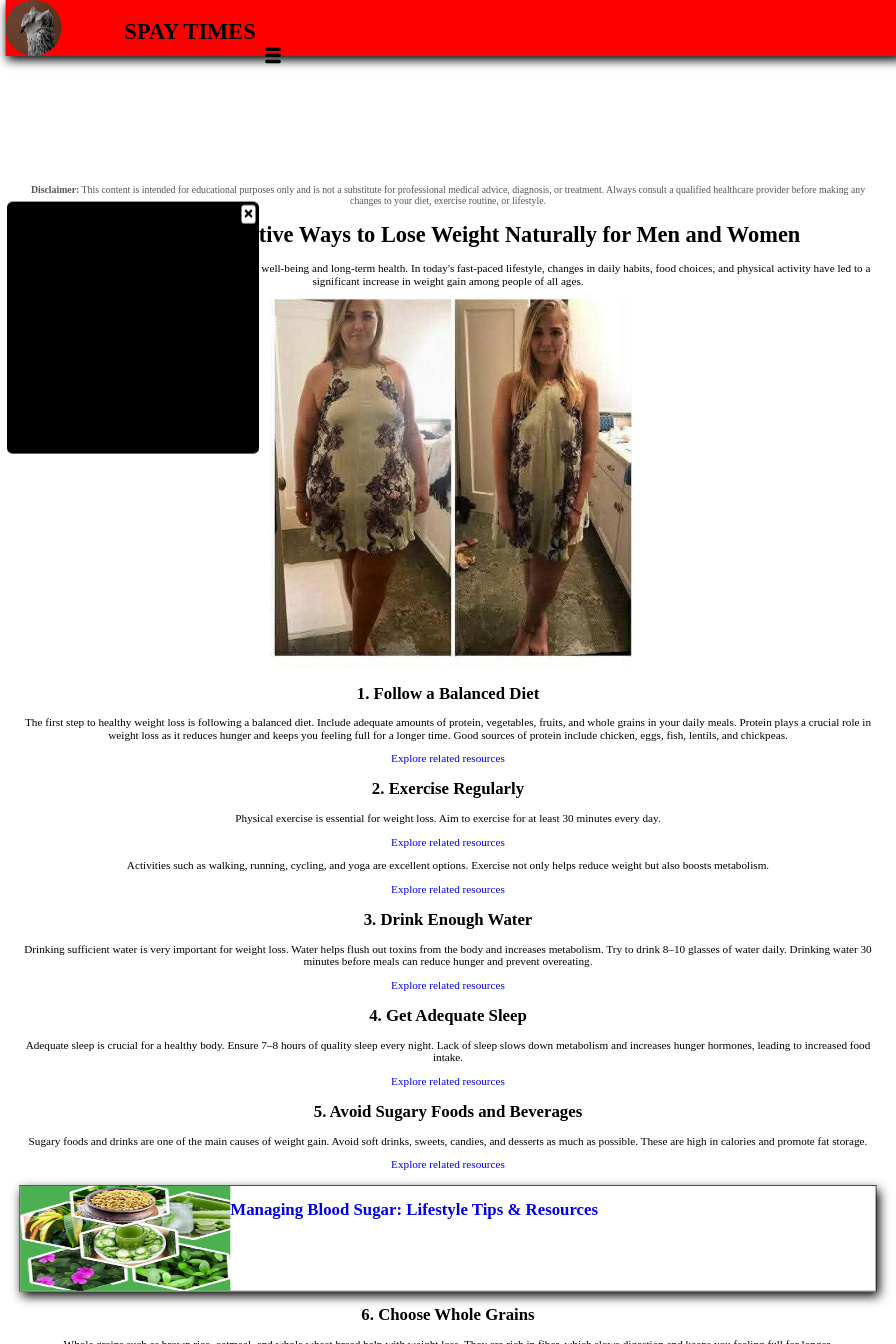
Repository: ridhukhan/spytimes
Page: /weightlose
These files come from the project's save history. The page is drawn as it stood at one moment and after a run of saves; the edit follows.
The browser window is 1280 px wide. The pictures show the part of the page from y = 0 to 1920 px (the page is 3596 px tall), at 70% of full size.
The project was rebuilt for these pictures with package versions that can differ from the ones it lists, and the page was loaded fresh each time. Also part of the build but not shown: vite.config.js, src/components/trending/Trending.jsx, src/pages/home/Home.jsx, src/components/policy/PrivecyPolicy.jsx, src/components/policy/Terms.jsx, src/components/trending/TrendingDetails.jsx, src/pages/heath/Dieabeties.jsx, src/pages/heath/Health.jsx and 1 more.

Above is the page before, as saved 2026-01-14 11:21:43.

### index.html
<!doctype html>
<html lang="en">
  <head>
    <meta charset="UTF-8" />
    <link rel="icon" type="image/svg+xml" href="/vite.svg" />
    <meta name="6a97888e-site-verification" content="945cf2ffcb6885b11db89e632c2e0750">

    <meta name="viewport" content="width=device-width, initial-scale=1.0" />
    <title>spytimes</title>
  </head>
  <body>

    <div id="root"></div>
     <script type="module" src="/src/main.jsx"></script>


  </body>
 </html>

### src/main.jsx
import {BrowserRouter} from "react-router-dom"

import { createRoot } from 'react-dom/client'
import './index.css'
import App from './App.jsx'
import { StrictMode } from "react"
createRoot(document.getElementById('root')).render(

    <BrowserRouter>
    <App />
    </BrowserRouter>

 ,
)

### src/index.css
@media screen and (max-width:414px){
  *{
    width: 100%;
    padding:0;
margin: 0;
  }

  body{
width: 100%;
background-color: white;
color: black;
  }
}

### src/App.jsx
import { Route, Routes } from "react-router-dom"
import Navbar from "./nav/Navbar"
import Home from "./pages/home/Home"
import PrivecyPolicy from "./components/policy/PrivecyPolicy"
import Terms from "./components/policy/Terms"
import TrendingDetails from "./components/trending/TrendingDetails"
import Dieabeties from "./pages/heath/Dieabeties"
import Health from "./pages/heath/Health"
import Allergy from "./pages/heath/Allergy"
import WeightLose from "./pages/heath/WeightLose"
import TopBannerAd from "./components/ads/TopAd"
import {PopUnderAd }from "./components/ads/PopunderAd"


function App() {

  return (
    <div>

   <Navbar/>
    <PopUnderAd/>
   <TopBannerAd/>

   <Routes>
    <Route path="/" element={<Home/>}/>
    <Route  path="/privecypolicy" element={<PrivecyPolicy/>}/>
    <Route  path="/Terms" element={<Terms/>}/>
    <Route  path="/Trendingdetails" element={<TrendingDetails/>}/>
    <Route path="/blood-sugar-natural-tips" element={<Dieabeties/>}/>
<Route path="/health" element={<Health/>}/>
<Route path="/allergy" element={<Allergy/>}/>
<Route path="/weightlose" element={<WeightLose/>}/>


   </Routes>
    </div>
  )
}

export default App

### src/nav/Navbar.jsx
import React from 'react'
import "./Navbar.css"
import { ImCross } from "react-icons/im";
import { TiThMenu } from "react-icons/ti";
import logo from "../assets/download.jpeg"
import { useState } from 'react';
import { Link} from 'react-router-dom';
const Navbar = () => {
    const [openmenu,setOpenmenu]=useState(false)
  return (
    <div style={{position:"fixed",backgroundColor:"red",display:"flex",
    width:"100%", height:"80px", top:"0", zIndex:"1000", boxShadow:"2px 5px 14px black"}}>
<img src={logo} alt="logo" style={{width:"80px", height:"80px", borderRadius:"100%"}}/>
<h1 style={{marginTop:"2%", marginLeft:"7%",}}>SPAY TIMES</h1>
<TiThMenu  onClick={()=>setOpenmenu(!openmenu)}  style={{width:"50px",height:"30px", marginTop:"5%", }}/>

   {openmenu? <div style={{display:"grid",position:"absolute",width:"90%",background:"black", height:"600px", zIndex:"999", marginTop:"10%", borderRadius:"19px", right:"0"}}>
<ImCross onClick={()=>setOpenmenu(null)} style={{ color:"red", left:"0", justifyContent:"flex-start", width:"50px", height:"30px"}}/>

  <ul>


    <Link to={"/"}><li>Home</li></Link>
    <li>USA</li>
    <li>UK</li>
    <li>ASIA</li>
    <Link to={"/health"}><li onClick={()=>setOpenmenu(null)}>Health</li></Link>
   <Link to={"/privecypolicy"}><li style={{color:"blue"}}>Privecy Policy</li></Link>
<Link to={"/Terms"}><li style={{color:"blue"}}>Terms &  condition</li></Link>

  </ul>










   </div>: null}
    </div>
  )
}


export default Navbar

### src/pages/heath/WeightLose.jsx
import React from 'react';
import weightlose from "../../assets/weightlose.jpeg";
import diabetes from "../../assets/diabetes01.png";
import { Link } from 'react-router-dom';
import {FullPageAdBanner} from '../../components/ads/FullPageAdBanner';
import AdBanner from '../../components/ads/AdsBanner';


const WeightLose = () => {
  return (
    <div style={{marginTop:"20%", textAlign:"center", padding: "0 20px"}}>
     <FullPageAdBanner/>
      <p style={{fontSize:"14px",color:"#555"}}>
        <strong>Disclaimer:</strong> This content is intended for educational purposes only and is not a substitute for professional medical advice, diagnosis, or treatment. Always consult a qualified healthcare provider before making any changes to your diet, exercise routine, or lifestyle.
      </p>

      <h1>Simple and Effective Ways to Lose Weight Naturally for Men and Women</h1>


      <p>Maintaining a healthy weight is essential for overall well-being and long-term health. In today's fast-paced lifestyle, changes in daily habits, food choices, and physical activity have led to a significant increase in weight gain among people of all ages.</p>

      <a href="https://www.effectivegatecpm.com/b4s3z1g3h3?key=624d68387e04f583c66e77df9c6d18a7" target='_blank' rel='nofollow'>
        <img src={weightlose} alt="Healthy lifestyle tips for supporting Weight Lose" style={{maxWidth: "100%"}} />
      </a>
      <h2>1. Follow a Balanced Diet</h2>
      <p>The first step to healthy weight loss is following a balanced diet. Include adequate amounts of protein, vegetables, fruits, and whole grains in your daily meals. Protein plays a crucial role in weight loss as it reduces hunger and keeps you feeling full for a longer time. Good sources of protein include chicken, eggs, fish, lentils, and chickpeas.</p>
      <a href="https://www.effectivegatecpm.com/b4s3z1g3h3?key=624d68387e04f583c66e77df9c6d18a7" target="_blank" rel="nofollow">
        Explore related resources
      </a>

      <h2>2. Exercise Regularly</h2>
      <p>Physical exercise is essential for weight loss. Aim to exercise for at least 30 minutes every day.</p>
      <a href="https://www.effectivegatecpm.com/b4s3z1g3h3?key=624d68387e04f583c66e77df9c6d18a7" target="_blank" rel="nofollow">
        Explore related resources
      </a>
      <p>Activities such as walking, running, cycling, and yoga are excellent options. Exercise not only helps reduce weight but also boosts metabolism.</p>
      <a href="https://www.effectivegatecpm.com/b4s3z1g3h3?key=624d68387e04f583c66e77df9c6d18a7" target="_blank" rel="nofollow">
        Explore related resources
      </a>

      <h2>3. Drink Enough Water</h2>
      <p>Drinking sufficient water is very important for weight loss. Water helps flush out toxins from the body and increases metabolism. Try to drink 8–10 glasses of water daily. Drinking water 30 minutes before meals can reduce hunger and prevent overeating.</p>
      <a href="https://www.effectivegatecpm.com/b4s3z1g3h3?key=624d68387e04f583c66e77df9c6d18a7" target="_blank" rel="nofollow">
        Explore related resources
      </a>

      <h2>4. Get Adequate Sleep</h2>
      <p>Adequate sleep is crucial for a healthy body. Ensure 7–8 hours of quality sleep every night. Lack of sleep slows down metabolism and increases hunger hormones, leading to increased food intake.</p>
      <a href="https://www.effectivegatecpm.com/b4s3z1g3h3?key=624d68387e04f583c66e77df9c6d18a7" target="_blank" rel="nofollow">
        Explore related resources
      </a>

      <h2>5. Avoid Sugary Foods and Beverages</h2>
      <p>Sugary foods and drinks are one of the main causes of weight gain. Avoid soft drinks, sweets, candies, and desserts as much as possible. These are high in calories and promote fat storage.</p>
      <a href="https://www.effectivegatecpm.com/b4s3z1g3h3?key=624d68387e04f583c66e77df9c6d18a7" target="_blank" rel="nofollow">
        Explore related resources
      </a>

      <div style={{display:"flex", boxShadow:"4px 7px 15px black", border:"1px solid black", margin: "20px 0"}}>
        <img src={diabetes} alt="Healthy lifestyle tips for supporting blood sugar" style={{width:"300px", height:"150px"}}/>
        <Link to={"/blood-sugar-natural-tips"}><h2>Managing Blood Sugar: Lifestyle Tips & Resources</h2></Link>
      </div>



      <h2>6. Choose Whole Grains</h2>
      <p>Whole grains such as brown rice, oatmeal, and whole wheat bread help with weight loss. They are rich in fiber, which slows digestion and keeps you feeling full for longer.</p>
      <a href="https://www.effectivegatecpm.com/b4s3z1g3h3?key=624d68387e04f583c66e77df9c6d18a7" target="_blank" rel="nofollow">
        Explore related resources
      </a>

      <h2>7. Eat Smaller Meals More Frequently</h2>
      <a href="https://www.effectivegatecpm.com/b4s3z1g3h3?key=624d68387e04f583c66e77df9c6d18a7" target="_blank" rel="nofollow">
        Explore related resources
      </a>
      <p>Eating smaller meals more frequently is more effective than consuming large meals. Aim for 5–6 small meals per day that include protein- and fiber-rich foods. This helps boost metabolism and control hunger.</p>
      <a href="https://www.effectivegatecpm.com/b4s3z1g3h3?key=624d68387e04f583c66e77df9c6d18a7" target="_blank" rel="nofollow">
        Explore related resources
      </a>

      <h2>8. Drink Green Tea</h2>
      <p>Green tea contains antioxidants that help increase metabolism and promote fat burning. Try to drink 2–3 cups of green tea daily.</p>
      <a href="https://www.effectivegatecpm.com/b4s3z1g3h3?key=624d68387e04f583c66e77df9c6d18a7" target="_blank" rel="nofollow">
        Explore related resources
      </a>

      <h2>9. Eat Plenty of Vegetables and Fruits</h2>
      <p>Vegetables and fruits are highly beneficial for weight loss. They are rich in fiber and essential vitamins such as A, C, and K. These foods keep you full and reduce unnecessary calorie intake.</p>

      <h2>10. Manage Stress</h2>
      <p>Stress can contribute to weight gain. To manage stress, practice meditation, yoga, and breathing exercises. These activities help calm the mind and support weight loss.</p>

      <h2>11. Control Portion Sizes</h2>
      <p>Portion control is an important part of weight loss. Use smaller plates to help reduce portion sizes. Eat mindfully so you can enjoy your food and avoid overeating.</p>

      <h2>12. Replace Sugary Drinks with Natural Beverages</h2>
      <p>Avoid sugary drinks and opt for natural beverages such as lemon water, coconut water, and fresh fruit juices. These are lower in calories and help keep the body hydrated.</p>

      <h2>13. Stay Active Throughout the Day</h2>
      <p>Try to stay active in your daily routine. Use stairs instead of elevators, walk short distances, and take breaks from sitting. Staying active boosts metabolism and supports weight loss.</p>

      <h2>14. Consume Adequate Protein</h2>
      <p>Protein-rich foods help with weight loss by reducing hunger and keeping you full longer. Eggs, chicken, fish, and lentils are excellent protein sources.</p>

      <h2>15. Choose Healthy Snacks</h2>
      <p>When snacking, choose healthy options such as nuts, fruits, and yogurt. These are nutrient-rich and relatively low in calories.</p>

      <h2 style={{marginTop: "40px"}}>Benefits of Weight Loss</h2>

      <h3>1. Reduced Risk of Heart Disease</h3>
      <p>Weight loss significantly reduces the risk of heart disease. Excess weight contributes to high blood pressure, high cholesterol, and type 2 diabetes, all of which increase heart disease risk.</p>

      <h3>2. Better Diabetes Control</h3>
      <p>Weight loss helps control type 2 diabetes by improving insulin sensitivity and regulating blood sugar levels.</p>

      <h3>3. Improved Blood Pressure</h3>
      <p>Losing weight reduces pressure on blood vessels, improving blood circulation and helping control high blood pressure.</p>

      <h3>4. Protection of Bones and Joints</h3>
      <p>Excess weight puts additional stress on bones and joints, increasing the risk of arthritis. Weight loss reduces this strain and supports joint health.</p>

      <h3>5. Improved Breathing and Sleep Quality</h3>
      <p>Weight loss helps reduce breathing difficulties and improves sleep quality, especially in people affected by sleep-related breathing problems.</p>

      <h3>6. Better Mental Health</h3>
      <p>Losing weight improves mental well-being by boosting confidence and reducing stress. It helps individuals feel better both physically and emotionally.</p>

      <h3>7. Increased Energy and Activity</h3>
      <p>Weight loss increases energy levels and physical activity. A lighter body makes daily tasks easier and improves overall performance.</p>

      <h2 style={{marginTop: "40px"}}>Conclusion</h2>
      <p>Weight loss is a gradual process that requires time, patience, and consistency. By following a balanced diet, exercising regularly, and maintaining a healthy lifestyle, successful weight loss is achievable. Give yourself time, set realistic goals, and be kind to yourself as you work toward better health.</p>
<AdBanner/>

    </div>
  );
};

export default WeightLose;

### src/components/ads/TopAd.jsx
import { useEffect } from "react";

const TopBannerAd = () => {
  useEffect(() => {
    // Prevent duplicate script load
    if (!document.querySelector('script[src="https://a.magsrv.com/ad-provider.js"]')) {
      const script = document.createElement("script");
      script.src = "https://a.magsrv.com/ad-provider.js";
      script.async = true;
      script.type = "application/javascript";
      document.body.appendChild(script);
    }

    // Push ad after script load
    window.AdProvider = window.AdProvider || [];
    window.AdProvider.push({ serve: {} });
  }, []);

  return (
    <div
      style={{
        width: "100%",
        display: "flex",
        justifyContent: "center",
        margin: "10px 0",
      }}
    >
      <ins
        className="eas6a97888e10"
        data-zoneid="5827828"
        style={{ display: "block" }}
      ></ins>
    </div>
  );
};

export default TopBannerAd;

### src/components/ads/PopunderAd.jsx
import { useEffect } from "react";

export const PopUnderAd = () => {
  useEffect(() => {
    // prevent duplicate popunder load
    if (window.__exoPopLoaded) return;
    window.__exoPopLoaded = true;

    const script = document.createElement("script");
    script.type = "application/javascript";

    script.innerHTML = `
      (function() {
        var adConfig = {
          ads_host: "a.pemsrv.com",
          syndication_host: "s.pemsrv.com",
          idzone: 5827850,
          popup_fallback: false,
          popup_force: false,
          chrome_enabled: true,
          new_tab: false,
          frequency_period: 30,
          frequency_count: 1,
          trigger_method: 3,
          trigger_class: "",
          trigger_delay: 0,
          capping_enabled: true,
          tcf_enabled: true,
          only_inline: false
        };

        if (typeof popMagic !== "undefined") {
          popMagic.init(adConfig);
        } else {
          var s = document.createElement("script");
          s.src = "//a.pemsrv.com/popunder1000.js";
          s.async = true;
          document.body.appendChild(s);

          s.onload = function () {
            if (typeof popMagic !== "undefined") {
              popMagic.init(adConfig);
            }
          };
        }
      })();
    `;

    document.body.appendChild(script);
  }, []);

  return null; // popunder has no UI
};

### src/nav/Navbar.css
ul li{
text-align: center;
    color: aliceblue;
    border-bottom: 2px solid white;
    font-size: 40px;
    list-style: none;
    cursor: pointer;

}
ul li:hover{
    background-color: brown;
}
a{
    text-decoration: none;
}

### src/components/ads/AdsBanner.jsx
import { useEffect } from "react";

const AdBanner = () => {
  useEffect(() => {
    // স্ক্রিপ্ট তৈরি করা
    const script = document.createElement("script");
    script.src = "https://a.magsrv.com/ad-provider.js";
    script.async = true;
    script.type = "application/javascript";
    document.body.appendChild(script);

    // স্ক্রিপ্ট লোড হয়ে গেলে AdProvider push করা
    script.onload = () => {
      window.AdProvider = window.AdProvider || [];
      window.AdProvider.push({ serve: {} });
    };

    // ক্লিনআপ
    return () => {
      document.body.removeChild(script);
    };
  }, []);

  return (
    <div>
      <ins className="eas6a97888e14" data-zoneid="5827854"></ins>
    </div>
  );
};

export default AdBanner;

### src/components/ads/FullPageAdBanner.jsx
import { useEffect, useState, useRef } from "react";
import { ImCross } from "react-icons/im";

export const FullPageAdBanner = () => {
  const [isVisible, setIsVisible] = useState(true);
  const adRef = useRef(null);

  useEffect(() => {
    // যদি আগেই script থাকে তাহলে আবার load করবো না
    if (!window.__adProviderLoaded) {
      const script = document.createElement("script");
      script.src = "https://a.pemsrv.com/ad-provider.js";
      script.async = true;
      script.type = "application/javascript";

      script.onload = () => {
        window.__adProviderLoaded = true;

        // একটু delay দিয়ে serve call
        setTimeout(() => {
          if (window.AdProvider && adRef.current) {
            window.AdProvider.push({ serve: {} });
          }
        }, 300);
      };

      document.body.appendChild(script);
    } else {
      // script আগেই থাকলে শুধু serve call
      setTimeout(() => {
        if (window.AdProvider && adRef.current) {
          window.AdProvider.push({ serve: {} });
        }
      }, 300);
    }
  }, []);

  if (!isVisible) return null;

  const popupStyle = {
    position: "fixed",
    top: "40%",
    left: "10px",
    width: "350px",
    height: "350px",
    backgroundColor: "#000",
    zIndex: 9999,
    padding: "5px",
    borderRadius: "8px",
  };

  const closeButtonStyle = {
    position: "absolute",
    top: "5px",
    right: "5px",
    cursor: "pointer",
    backgroundColor: "#fff",
    padding: "4px",
    borderRadius: "4px",
    zIndex: 10000,
  };

  return (
    <div style={popupStyle}>
      <span style={closeButtonStyle} onClick={() => setIsVisible(false)}>
        <ImCross size={12} />
      </span>

      <ins
        ref={adRef}
        className="eas6a97888e33"
        data-zoneid="5827872"
        style={{ display: "block", width: "100%", height: "100%" }}
      ></ins>
    </div>
  );
};

After the next 2 saves:
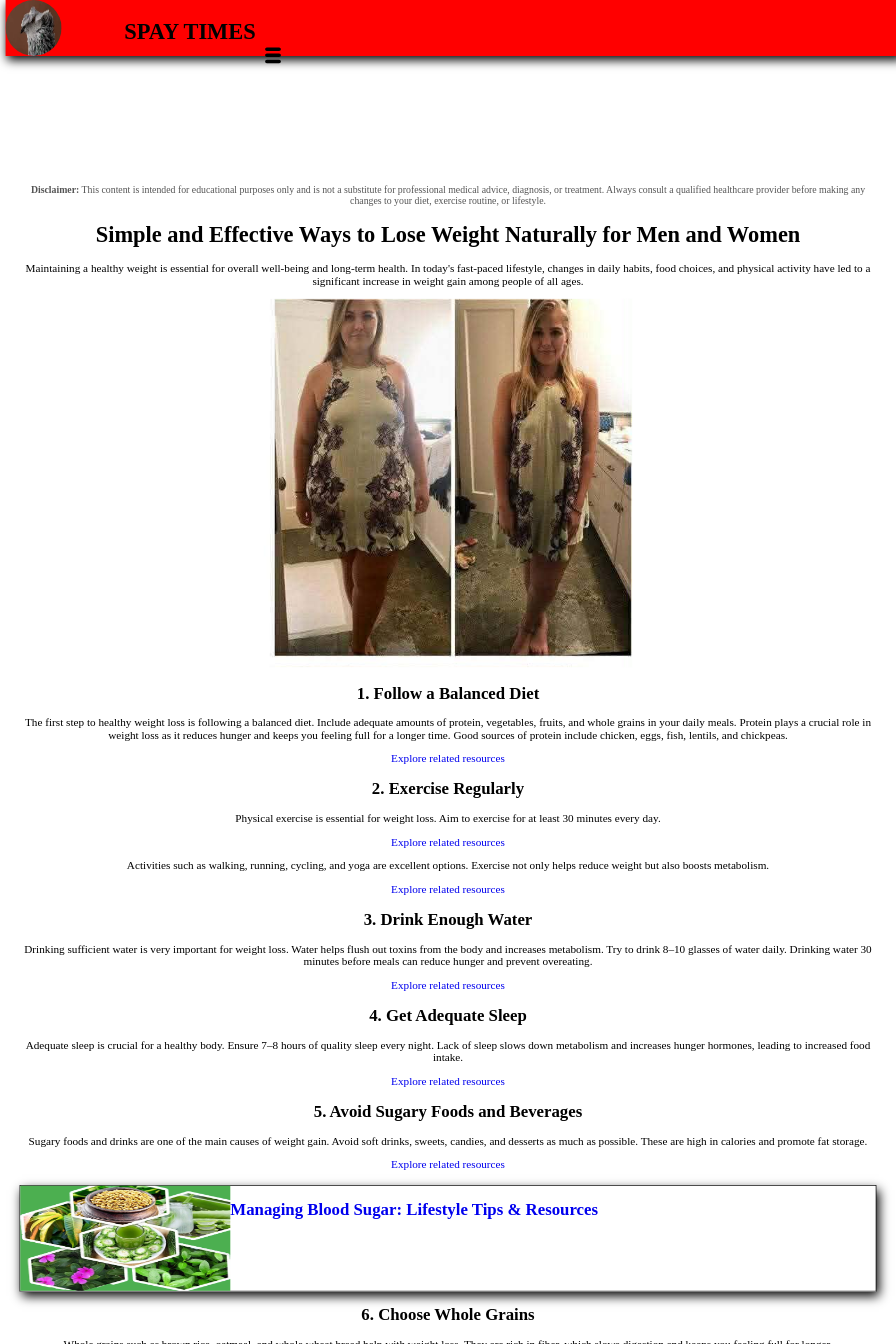
The 2 saves are shown as one change because 1 did not build or start.
The last was saved 7 min 18 s later.
--- a/src/components/ads/FullPageAdBanner.jsx
+++ b/src/components/ads/FullPageAdBanner.jsx
@@ -1,77 +1,22 @@
-import { useEffect, useState, useRef } from "react";
-import { ImCross } from "react-icons/im";
+import { useEffect } from "react";
 
 export const FullPageAdBanner = () => {
-  const [isVisible, setIsVisible] = useState(true);
-  const adRef = useRef(null);
+  useEffect(() => {
+    const script = document.createElement("script");
+    script.src = "https://a.pemsrv.com/ad-provider.js";
+    script.async = true;
 
-  useEffect(() => {
-    // যদি আগেই script থাকে তাহলে আবার load করবো না
-    if (!window.__adProviderLoaded) {
-      const script = document.createElement("script");
-      script.src = "https://a.pemsrv.com/ad-provider.js";
-      script.async = true;
-      script.type = "application/javascript";
+    document.body.appendChild(script);
 
-      script.onload = () => {
-        window.__adProviderLoaded = true;
-
-        // একটু delay দিয়ে serve call
-        setTimeout(() => {
-          if (window.AdProvider && adRef.current) {
-            window.AdProvider.push({ serve: {} });
-          }
-        }, 300);
-      };
-
-      document.body.appendChild(script);
-    } else {
-      // script আগেই থাকলে শুধু serve call
-      setTimeout(() => {
-        if (window.AdProvider && adRef.current) {
-          window.AdProvider.push({ serve: {} });
-        }
-      }, 300);
-    }
+    script.onload = () => {
+      window.AdProvider = window.AdProvider || [];
+      window.AdProvider.push({
+        serve: {
+          zoneid: 5827872,
+        },
+      });
+    };
   }, []);
 
-  if (!isVisible) return null;
-
-  const popupStyle = {
-    position: "fixed",
-    top: "40%",
-    left: "10px",
-    width: "350px",
-    height: "350px",
-    backgroundColor: "#000",
-    zIndex: 9999,
-    padding: "5px",
-    borderRadius: "8px",
-  };
-
-  const closeButtonStyle = {
-    position: "absolute",
-    top: "5px",
-    right: "5px",
-    cursor: "pointer",
-    backgroundColor: "#fff",
-    padding: "4px",
-    borderRadius: "4px",
-    zIndex: 10000,
-  };
-
-  return (
-    <div style={popupStyle}>
-      <span style={closeButtonStyle} onClick={() => setIsVisible(false)}>
-        <ImCross size={12} />
-      </span>
-
-      <ins
-        ref={adRef}
-        className="eas6a97888e33"
-        data-zoneid="5827872"
-        style={{ display: "block", width: "100%", height: "100%" }}
-      ></ins>
-    </div>
-  );
+  return null; // UI লাগবে না
 };
